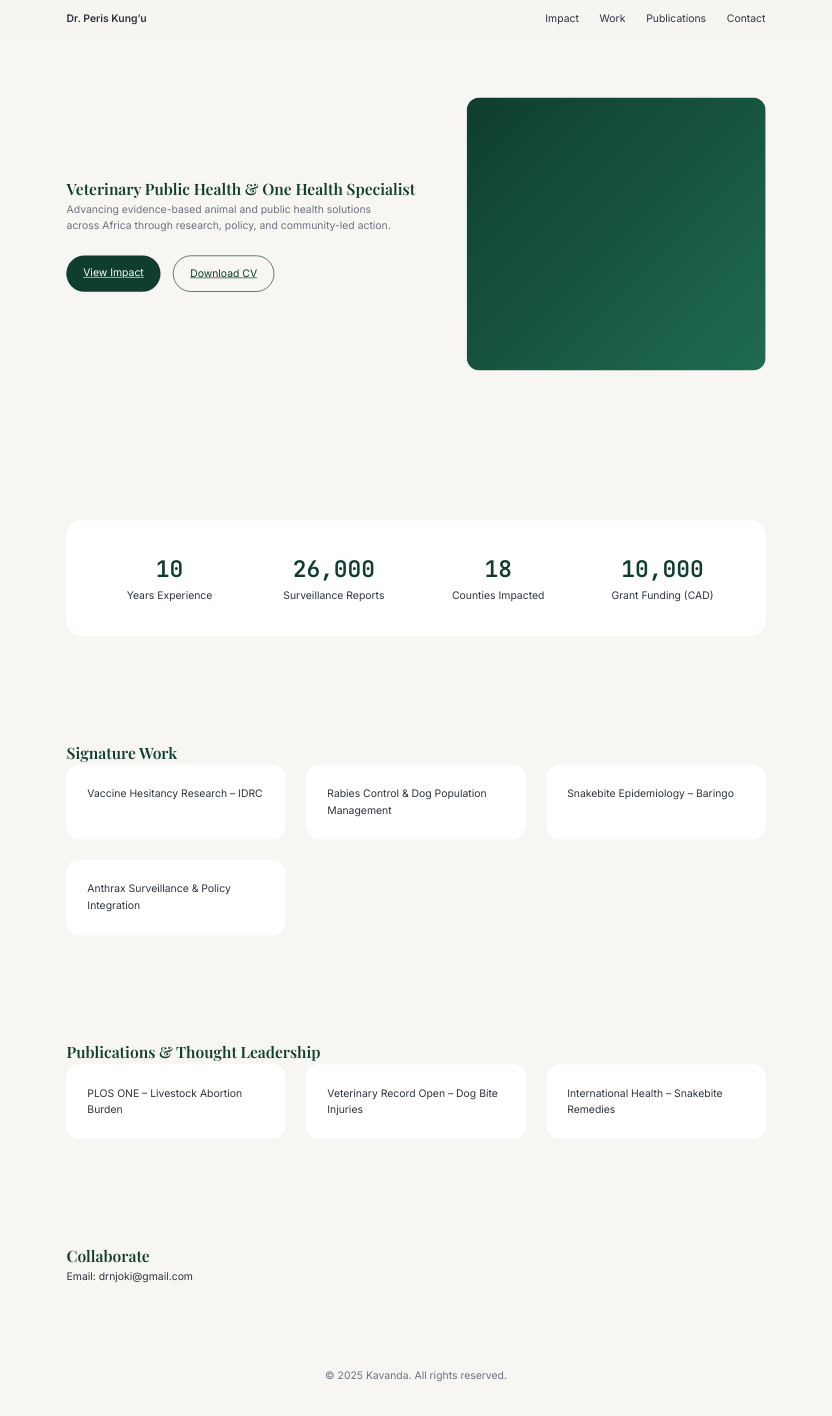
Repository: ladygit-comits/Peris_Portfolio
Page: index.html
The author's editor kept a copy of each file at every save. The page is drawn from the files as they stood at one save, then again after the next save.
The browser window is 1280 px wide. The pictures show the whole page, at 65% of full size.

Above is the page before, as saved 2026-01-01 20:35:44.
Not found: path-to-your-image.jpg

After the next save:
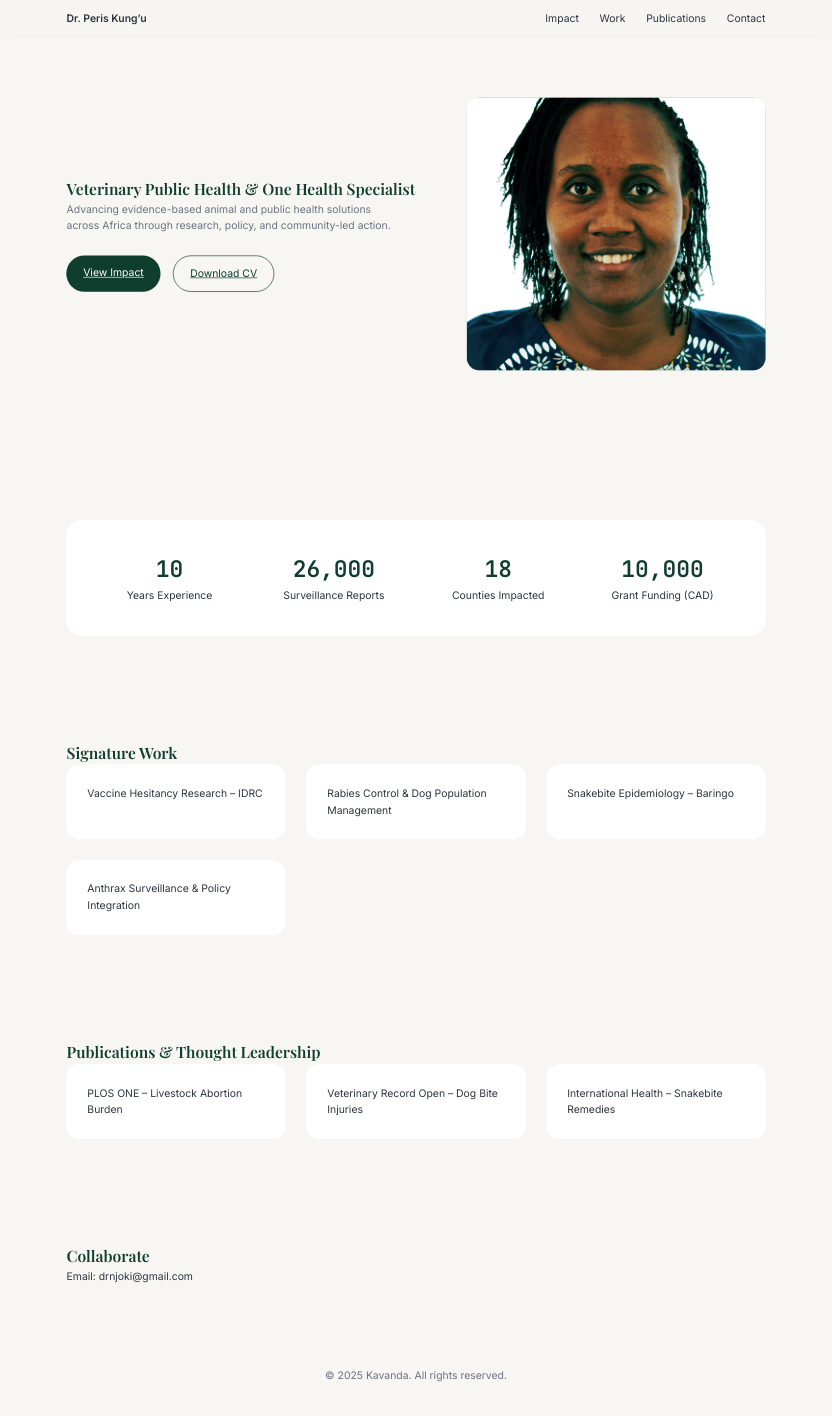
Saved 2 min 37 s later.
--- a/style.css
+++ b/style.css
@@ -76,7 +76,7 @@ nav a:hover {
   border-radius: 20px;
   background:
     linear-gradient(135deg, #0F3D2E, #1f6b52),
-    url('path-to-your-image.jpg');
+    url('images/peris.jpeg');
   background-size: cover;
   background-position: center;
   background-blend-mode: overlay;
